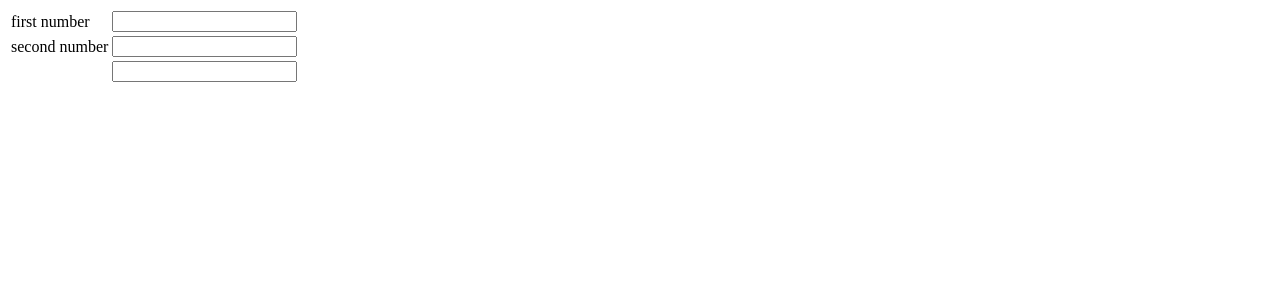
Repository: Aishwarya6362/J2EE
Page: Addition/src/main/webapp/index.html
The author's editor kept a copy of each file at every save. The page is drawn from the files as they stood at one save, then again after the next save.
The browser window is 1280 px wide. The pictures show the whole page.

Above is the page before, as saved 2024-10-09 10:06:43.

After the next save:
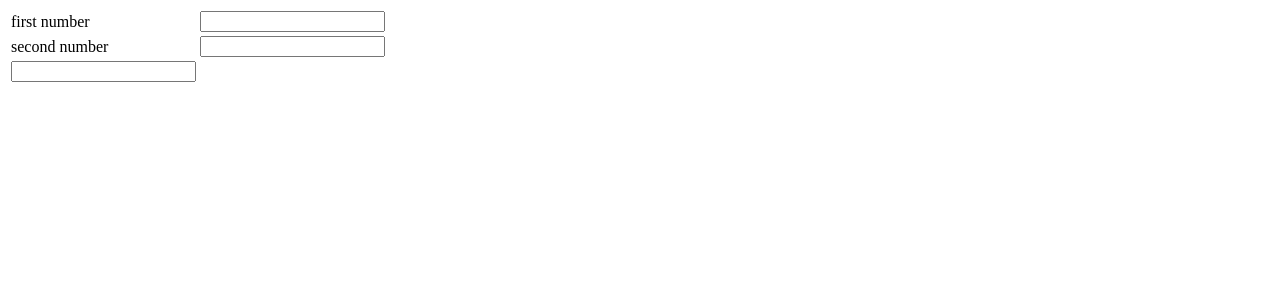
Saved 8 s later.
--- a/Addition/src/main/webapp/index.html
+++ b/Addition/src/main/webapp/index.html
@@ -16,7 +16,6 @@
 		<td><input type="text" name="secondNumber"/></td>
 		</tr>
 		<tr>
-		<td></td>
 		<td><input type="text" name="firstNumber"/></td>
 		</tr>
 	</form>
